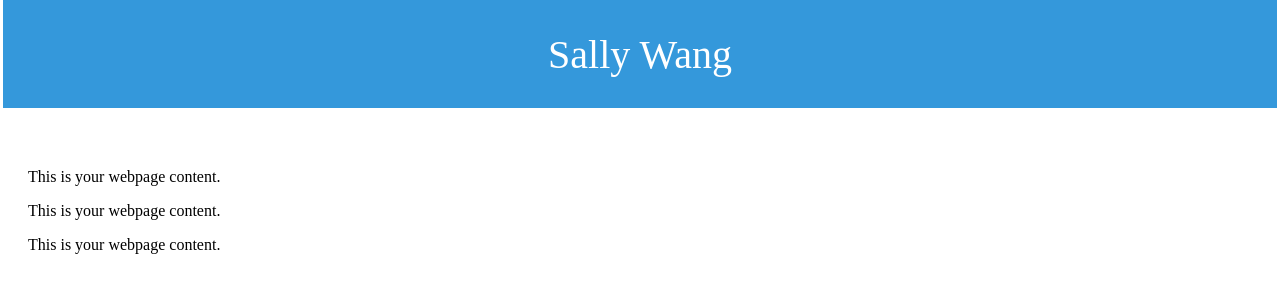
Repository: tianjiewang2022/tianjiewang2022.github.io
Page: index.html
These files come from the project's save history. The page is drawn as it stood at one moment and after the next save; the edit follows.
The browser window is 1280 px wide. The pictures show the whole page.

Above is the page before, as saved 2023-10-01 22:28:05.

### index.html
<!DOCTYPE html>
<html lang="en">

    <head>
        <meta charset="UTF-8">
        <meta name="viewport" content="width=device-width, initial-scale=1.0">
        <title>Sally's Webpage</title>
        <style>
            body {
                padding: 10px;
                left: 3px;
                right: 3px;
            }

            header {
                background-color: #3498db;
                /* Choose your header color */
                color: white;
                position: fixed;
                top: 0;
                height: 15%;
                left: 3px;
                right: 3px;
                display: flex;
                align-items: center;
                justify-content: center;
                z-index: 100;
                font-size: 40px;
            }

            .container {
                margin-top: 10%;
                /* Ensure content starts below the header */
                padding: 10px;
            }
        </style>
    </head>

    <body>
        <header>
            Sally Wang
        </header>

        <div class="container">
            <!-- Your content goes here -->
            <p>This is your webpage content.</p>
            <p>This is your webpage content.</p>
            <p>This is your webpage content.</p>
        </div>
    </body>

</html>

After the next save:
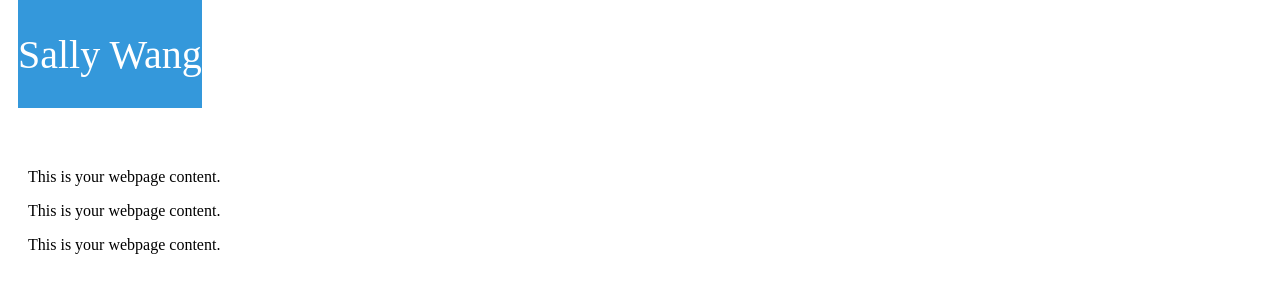
Saved 54 s later.
--- a/index.html
+++ b/index.html
@@ -8,8 +8,8 @@
         <style>
             body {
                 padding: 10px;
-                left: 3px;
-                right: 3px;
+                left: 3%;
+                right: 3%;
             }
 
             header {
@@ -19,8 +19,8 @@
                 position: fixed;
                 top: 0;
                 height: 15%;
-                left: 3px;
-                right: 3px;
+                /* left: 3px;
+                right: 3px; */
                 display: flex;
                 align-items: center;
                 justify-content: center;

After the save that followed:
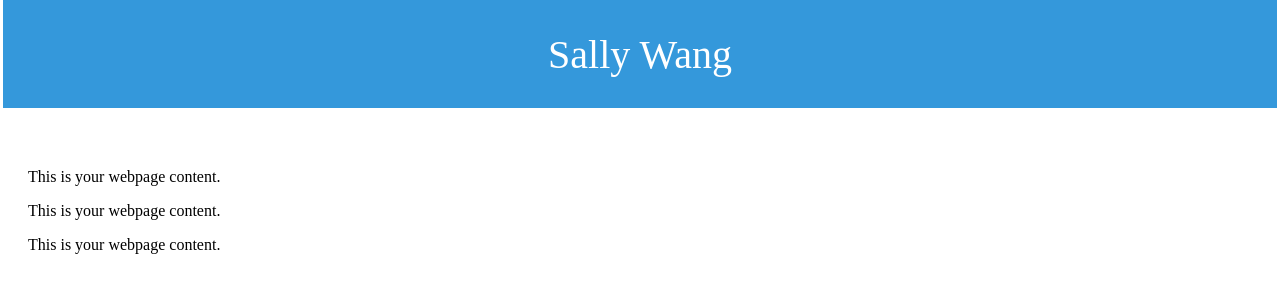
Saved 2 min 9 s later.
--- a/index.html
+++ b/index.html
@@ -19,8 +19,8 @@
                 position: fixed;
                 top: 0;
                 height: 15%;
-                /* left: 3px;
-                right: 3px; */
+                left: 3px;
+                right: 3px;
                 display: flex;
                 align-items: center;
                 justify-content: center;
